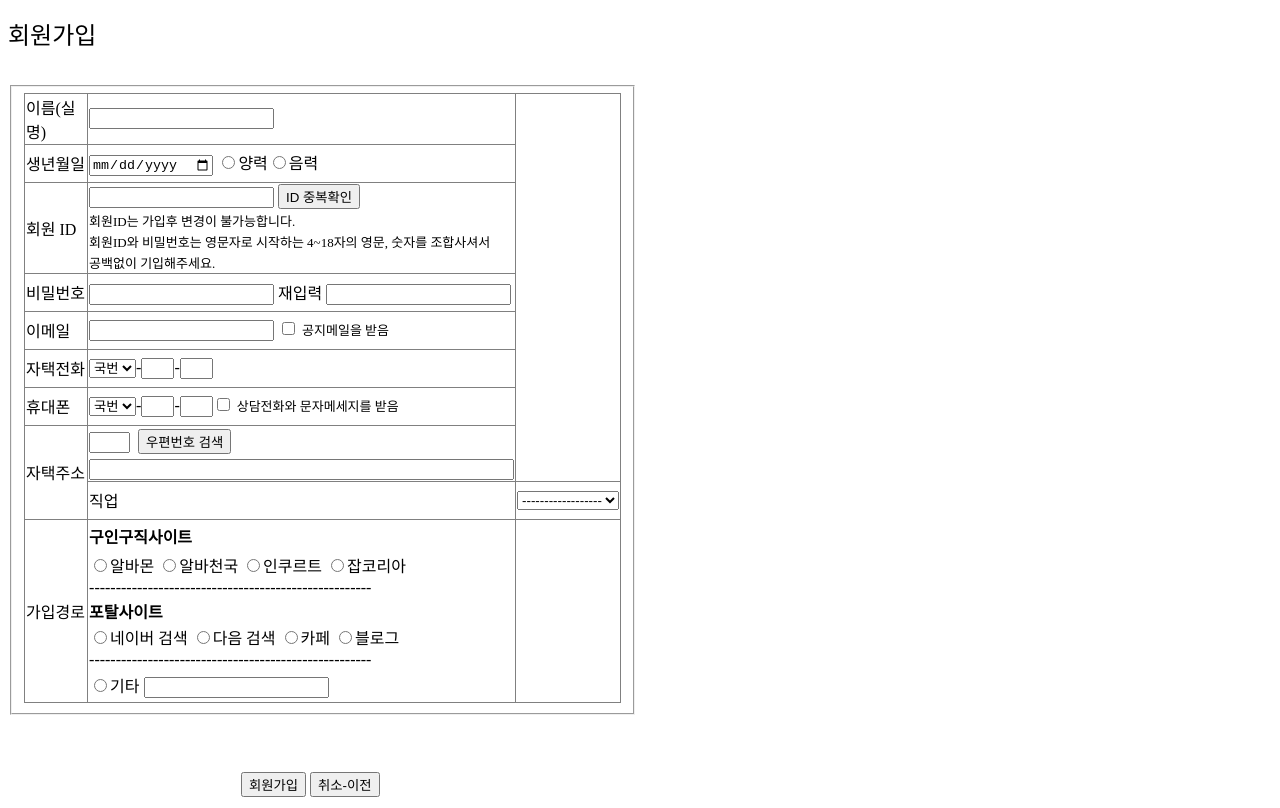
Repository: seoulsudal/Web
Page: http://localhost/personal/template/join.jsp
An editor plug-in stored every save of this project. The page is shown before and after the next save, followed by the edit.
The browser window is 1280 px wide. The pictures show the whole page.
The page is served by Tomcat 9. Other server files are loaded and not shown.

Above is the page before, as saved 2021-10-26 10:02:49.

### personal/src/main/webapp/template/join.jsp
<%@ page language="java" contentType="text/html; charset=UTF-8"
	pageEncoding="UTF-8"%>
<!DOCTYPE html>
<html>
<head>
<meta charset="UTF-8">
<title>회원가입 페이지</title>
<script type="text/javascript" src="/personal/js/membershippage.js">

</script>
</head>
<body>
	<p><font size="5">회원가입</font></p>
	<br>
	<form name="regform" method="post" onsubmit="return CheckForm(document.regform);" action="../personal/memberShip">
		<fieldset style="width: 580px;">
			<table border="1" style="border-collapse: collapse;">
				<tr>
					<td height="35"><label for="name">이름(실명)&nbsp;&nbsp;&nbsp;&nbsp;&nbsp;&nbsp;&nbsp;&nbsp;&nbsp;&nbsp;</label></td>
					<td><input type="text" name="name" id="name"></td>
				</tr>
				<tr>
					<td height="35"><label for="birthday">생년월일</label></td>
					<td><input type="date" name="birthday" id="birthday">&nbsp;<input
						type="radio" name="calendar" class="calendar" value="양력">양력<input
						type="radio" name="calendar" class="calendar" value="">음력</td>
				</tr>
				<tr>
					<td rowspan="4"><label for="id">회원 ID</label>&nbsp;</td>
					<td style="border-bottom: none;"><input type="text" name="id"
						id="id" maxlength="10">&nbsp;<input type="button"
						name="idconfirm" id="idconfirm" value="ID 중복확인">
				</tr>
				<tr>
					<td style="border-top: none; border-bottom: none;"><font
						size="2">회원ID는 가입후 변경이 불가능합니다.</font></td>
				</tr>
				<tr>
					<td style="border-top: none; border-bottom: none;"><font
						size="2">회원ID와 비밀번호는 영문자로 시작하는 4~18자의 영문, 숫자를 조합사셔서</font></td>
				</tr>
				<tr>
					<td style="border-top: none;"><font size="2">공백없이
							기입해주세요.</font></td>
				</tr>
				<tr>
					<td height="35"><label for="pw">비밀번호</label></td>
					<td><input type="password" name="pw" id="pw" maxlength="12">&nbsp;<label
						for="repw">재입력</label>&nbsp;<input type="password" name="repw"
						id="repw" maxlength="12">
				</tr>
				<tr>
					<td height="35"><label for="email">이메일</label></td>
					<td><input type="email" name="email" id="email">&nbsp;<input
						type="checkbox" name="Bulletin" id="Bulletin"> <font
						size="2">공지메일을 받음</font></td>
				</tr>
				<tr>
					<td height="35"><label for="num">자택전화</label></td>
					<td><select name="nn">
							<option>국번</option>
							<option value="서울">02</option>
							<option value="경기">031</option>
							<option value="부산">051</option>
							<option value="대구">053</option>
							<option value="인천">032</option>
							<option value="광주">062</option>
							<option value="대전">042</option>
							<option value="울산">052</option>
							<option value="세종">044</option>
							<option value="강원">033</option>
							<option value="충북">043</option>
							<option value="충남">041</option>
							<option value="전북">063</option>
							<option value="전남">061</option>
							<option value="경북">054</option>
							<option value="경남">055</option>
							<option value="제주">064</option>
					</select>-<input type="text" name="num1" class="num" size="1" maxlength="4">-<input
						type="text" name="num2" class="num" size="1" maxlength="4"></td>
				</tr>
				<tr>
					<td height="35"><label for="ph">휴대폰</label></td>
					<td><select name="phn">
							<option>국번</option>
							<option value="010">010</option>
							<option value="011">011</option>
							<option value="017">017</option>
							<option value="019">019</option>
					</select>-<input type="text" name="ph1" class="ph" size="1" maxlength="4">-<input
						type="text" name="ph2" class="ph" size="1" maxlength="4"><input
						type="checkbox" name="msg" id="msg" maxlength="4"> <font
						size="2">상담전화와 문자메세지를 받음</font></td>
				</tr>
				<tr>
					<td rowspan="3"><label for="address">자택주소</label></td>
					<td style="border-bottom: none;" height="30"><input
						type="text" name="address1" size="2" maxlength="5">&nbsp;
						<input type="button" name="address_s" value="우편번호 검색" onclick="openwin()"></td>
				</tr>
				<tr>
					<td style="border-top: none; border-bottom: none;"><input
						type="text" name="address2" class="address" size="50"></td>
				</tr>
				<tr>
					<td height="35"><label for="job">직업</label></td>
					<td><select name="job">
							<option>------------------</option>
							<option value="job1">직업1</option>
							<option value="job2">직업2</option>
							<option value="job3">직업3</option>
							<option value="job4">직업4</option>
							<option value="job5">직업5</option>
					</select>
				</tr>
				<tr>
					<td rowspan="7"><label for="root">가입경로</label></td>
					<td style="border-bottom: none;" height="30"><strong>구인구직사이트</strong></td>
				</tr>
				<tr>
					<td style="border-top: none; border-bottom: none;"><input
						type="radio" name="root" class="root">알바몬&nbsp;<input
						type="radio" name="root" class="root">알바천국&nbsp;<input
						type="radio" name="root" class="root">인쿠르트&nbsp;<input
						type="radio" name="root" class="root">잡코리아</td>
				</tr>
				<tr>
					<td style="border-top: none; border-bottom: none;">-----------------------------------------------------</td>
				</tr>
				<tr>
					<td style="border-top: none; border-bottom: none;"><strong>포탈사이트</strong></td>
				</tr>
				<tr>
					<td style="border-top: none; border-bottom: none;"><input
						type="radio" name="root" class="root">네이버 검색&nbsp;<input
						type="radio" name="root" class="root">다음 검색&nbsp;<input
						type="radio" name="root" class="root">카페&nbsp;<input
						type="radio" name="root" class="root">블로그</td>
				</tr>
				<tr>
					<td style="border-top: none; border-bottom: none;">-----------------------------------------------------</td>
				</tr>
				<tr>
					<td style="border-top: none;" height="30"><input type="radio"
						name="root" class="root">기타 <input type="text" name="root"
						class="root"></td>
				</tr>
			</table>
		</fieldset>
		<br> <br> <br>
		<table style="margin-left: 230px; margin-right: auto;">
			<tr>
				<td align="center"><input type="submit" name="join" id="join"
					value="회원가입">&nbsp;<input type="reset" name="cancel"
					id="cancel" value="취소-이전"></td>
			</tr>
		</table>
	</form>
</body>
</html>

### personal/src/main/webapp/js/membershippage.js
function CheckForm(f) {

	// 숫자 0~9
	var r1 = /\d/;
	// 영문자와 숫자를 제외한 모든 문자
	var r2 = /\W/;
	// 각종 특수문자
	var r3 = "~!#$%^&*()_+=|\/\"?><,.{}[];:'";
	// 숫자를 제외한 값
	var r4 = /\D/;

	// 이름
	uname = f.name.value;

	if ((uname.replace(/\s/g, "") == "") && uname.length > 2) {
		alert("이름을 2글자 이상 입력하세요.");
		f.name.value = "";
		f.name.focus();
		return false;
	};

	for (i = 0; i < uname.length; i++) {
		var c = uname.charAt(i)

		if (r3.search(c) >= 0 || c.search(r1) >= 0) {
			alert("이름은 문자만 입력하셔야 합니다.");
			f.name.value = "";
			f.name.focus();
			return false;
		};
	};

	// 생일
	ubirth = f.birthday.value;

	if (ubirth.replace(/\s/g, "") == "") {
		alert("생일을 입력하세요.");
		f.birthday.focus();
		return false
	};

	// 음/양력
	if (!f.calendar[0].checked && !f.calendar[1].checked) {
		alert("음/양력을 선택해 주세요.")
		f.calendar[0].focus();
		return false;
	}

	// 아이디
	uid = f.id.value;

	if (uid.replace(/\s/g, "") == "" || uid.search(r2) >= 0) {
		alert("아이디는 문자와 숫자로 입력해주세요.");
		f.id.value = "";
		f.id.focus();
		return false;
	}

	if (uid.length < 6) {
		alert("아이디는 6 ~ 10글자로 입력하셔야 합니다.")
		f.id.value = "";
		f.id.focus();
		return false;
	}

	// 비밀번호
	upw = f.pw.value;

	if ((upw.replace(/\s/g, "") == "") || upw.length < 8) {
		alert("비밀번호를 8~12자 입력하세요.");
		f.pw.focus();
		return false;
	};

	// 비밀번호 확인
	urepw = f.repw.value;

	if ((urepw.replace(/\s/g, "") == "") || urepw.length < 8) {
		alert("비밀번호 확인을 8~12자 입력하세요.");
		f.repw.focus();
		return false;
	};

	if (!(upw === urepw)) {
		alert("비밀번호와 비밀번호 확인이 다릅니다. 확인해주세요.")
		f.repw.focus();
		return false;
	}

	// 이메일
	uemail = f.email.value;

	if (uemail.replace(/\s/g, "") == "") {
		alert("이메일을 입력해주세요.")
		f.email.focus();
		return false;
	}

	// 자택번호
	unum1 = f.num1.value;
	unum2 = f.num2.value;

	if (f.nn.selectedIndex < 1) {
		alert("전화번호 앞자리를 선택해주세요.");
		f.nn.focus();
		return false;
	}

	if (unum1.replace(/\s/g, "") == "" || unum1.search(r4) >= 0) {
		alert("전화번호를 숫자로 입력해주세요.");
		f.unum1.focus();
		return false;
	}

	if (unum2.replace(/\s/g, "") == "" || unum2.search(r4) >= 0) {
		alert("전화번호를 숫자로 입력해주세요.");
		f.unum1.focus();
		return false;
	}

	// 핸드폰
	uph1 = f.ph1.value;
	uph2 = f.ph2.value;

	if (f.phn.selectedIndex < 1) {
		alert("핸드폰번호 앞자리를 선택해주세요.");
		f.phn.focus();
		return false;
	}

	if (uph1.replace(/\s/g, "") == "" || uph1.search(r4) >= 0) {
		alert("핸드폰번호를 숫자로 입력해주세요.");
		f.uph1.focus();
		return false;
	}

	if (uph2.replace(/\s/g, "") == "" || uph2.search(r4) >= 0) {
		alert("핸드폰번호를 숫자로 입력해주세요.");
		f.uph1.focus();
		return false;
	}

	// 주소
	uadd1 = f.address1.value;
	uadd2 = f.address2.value;
	uadd3 = f.address3.value;

	if (uadd1.replace(/\s/g, "") == "" || uadd1.search(r4) >= 0) {
		alert("번지를 숫자로 입력해주세요.");
		f.address1.focus();
		return false;
	}

	for (i = 0; i < uname.length; i++) {
		var c = uadd2.charAt(i)

		if (r3.search(c) >= 0 || c.search(r1) >= 0) {
			alert("세부주소는 문자만 입력하셔야 합니다.");
			f.address2.value = "";
			f.address2.focus();
			return false;
		};
	};

	for (i = 0; i < uname.length; i++) {
		var c = uadd3.charAt(i)

		if (r3.search(c) >= 0 || c.search(r1) >= 0) {
			alert("세부주소는 문자만 입력하셔야 합니다.");
			f.address3.value = "";
			f.address3.focus();
			return false;
		};
	};

	// 직업
	if (f.job.selectedIndex < 1) {
		alert("직업을 선택해 주세요.");
		f.job.focus();
		return false;
	}

	// 가입경로
	if (!f.root[0].checked && !f.root[1].checked && !f.root[2].checked && !f.root[3].checked && !f.root[4].checked && !f.root[5].checked && !f.root[6].checked && !f.root[7].checked && !f.root[8].checked) {
		alert("가입경로를 입력해주세요.")
		f.root[0].focus();
		return false;
	}

}

function openwin() {
		window.open("zipcode.jsp", "", "width=400, height=250, resizable=no");
	}

After the next save:
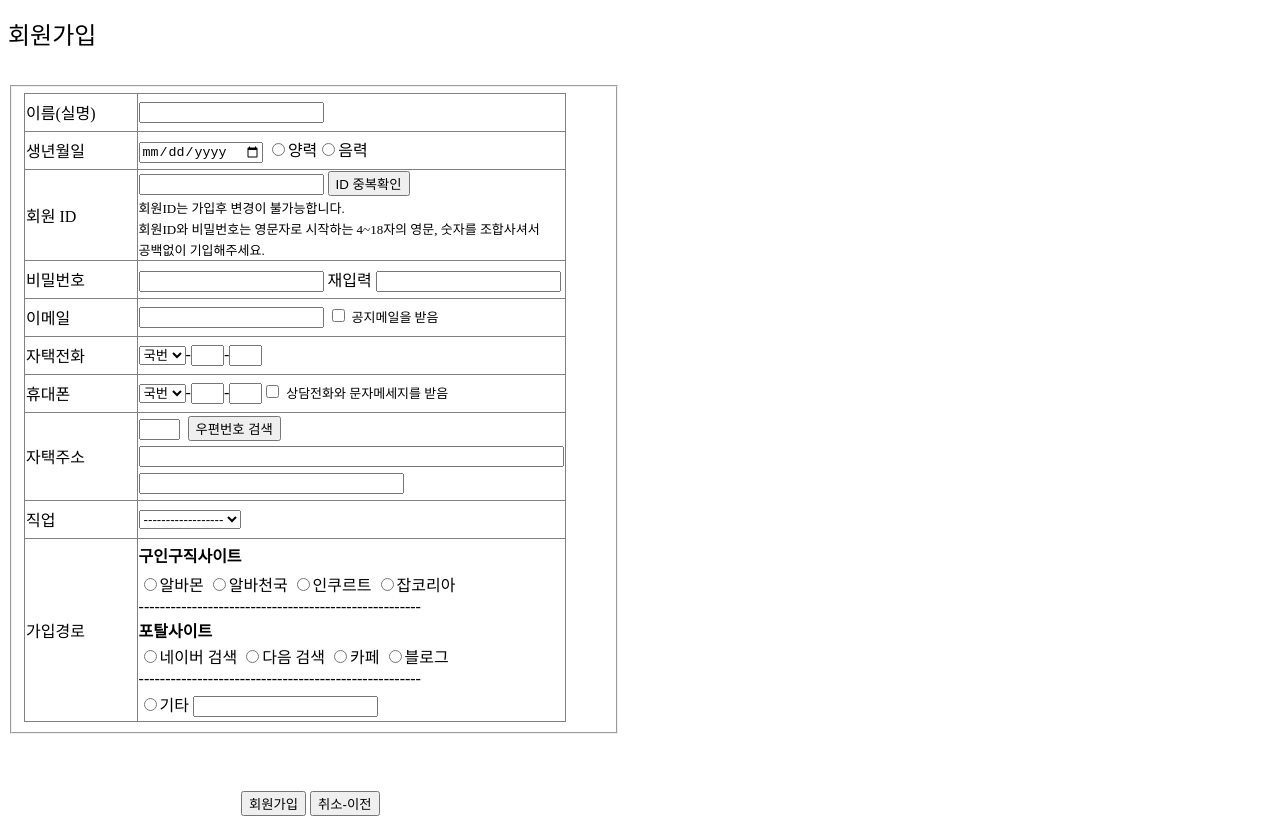
Saved 14 s later.
--- a/personal/src/main/webapp/template/join.jsp
+++ b/personal/src/main/webapp/template/join.jsp
@@ -103,6 +103,10 @@
 						type="text" name="address2" class="address" size="50"></td>
 				</tr>
 				<tr>
+					<td style="border-top: none;" height="30"><input type="text"
+						name="address3" class="address" size="30"></td>
+				</tr>
+				<tr>
 					<td height="35"><label for="job">직업</label></td>
 					<td><select name="job">
 							<option>------------------</option>
